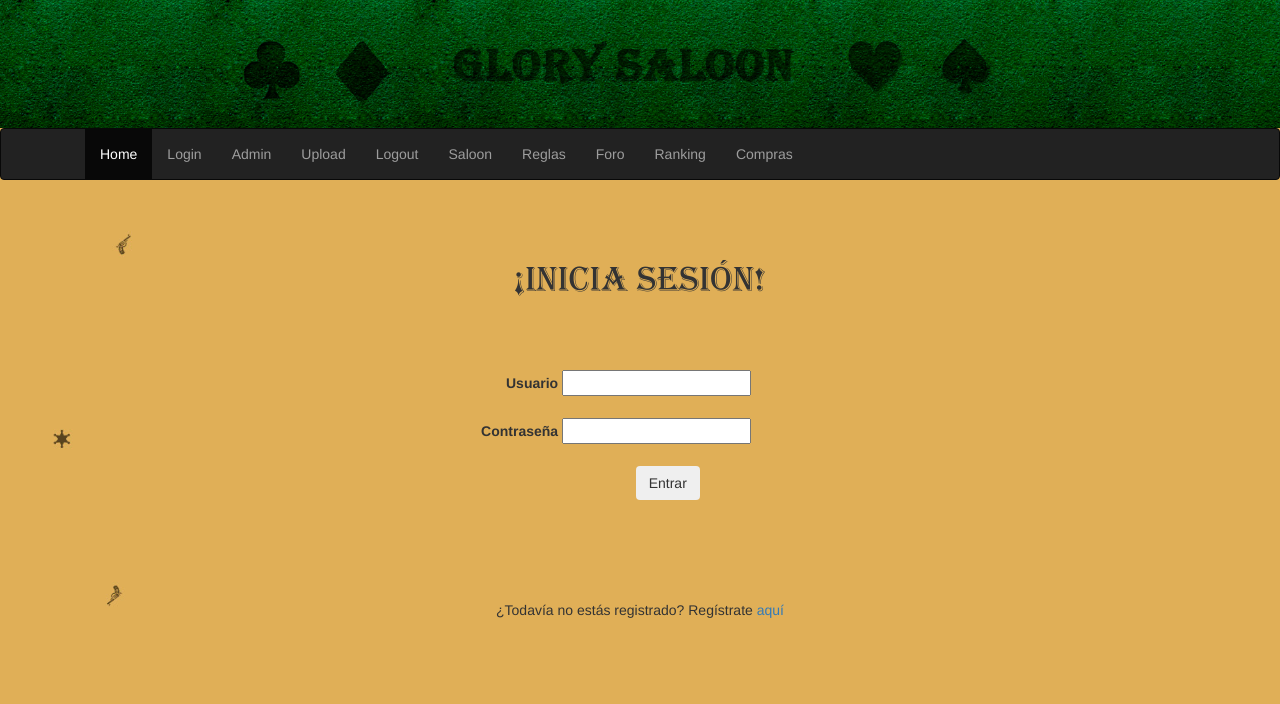
Repository: abvg9/GlorySaloon
Page: http://localhost/iw-base/WEB-INF/jsp/login.jsp
The author's editor kept a copy of each file at every save. The page is drawn from the files as they stood at one save, then again after the next save.
The browser window is 1280 px wide. The pictures show the whole page.
The page is served by Tomcat 9. Nobody is signed in. Other server files are loaded and not shown. The template is opened directly, without the code that normally fills it, so the values that code supplies are empty.

Above is the page before, as saved 2018-04-11 17:52:53.

### iw-base/src/main/webapp/WEB-INF/jsp/login.jsp
<%@ page pageEncoding="UTF-8"%>
<%@ taglib prefix="s" uri="http://www.springframework.org/tags"%>
<%@ taglib prefix="c" uri="http://java.sun.com/jsp/jstl/core"%>
<%@ taglib prefix="sec"
	uri="http://www.springframework.org/security/tags"%>

<%@ include file="../jspf/header.jspf"%>

<div class="starter-template">
	<h1>¡Inicia sesión!</h1>
	<br><br><br>
    <form action="/login" method="post">
        <fieldset>
           <!-- <legend>Please Login</legend> -->
           <div class = "rightAl">
            <label for="username">Usuario</label>
            <input type="text" id="username" name="username"/><br><br>
            <label for="password">Contraseña</label>
            <input type="password" id="password" name="password"/>
            </div>
            <input type="hidden" name="${_csrf.parameterName}" value="${_csrf.token}"/>
            <br>
            <div class="form-actions">
                <button type="submit" class="btn rightAlBtn">Entrar</button>
            </div>
        </fieldset>
    </form>

	<%@ include file="../jspf/authinfo.jspf"%>
</div>

<%@ include file="../jspf/footer.jspf"%>

### iw-base/src/main/webapp/WEB-INF/jspf/header.jspf
<%@ page pageEncoding="UTF-8"%>
<%@ taglib prefix="s" uri="http://www.springframework.org/tags"%>
<%@ taglib prefix="c" uri="http://java.sun.com/jsp/jstl/core"%>
<!DOCTYPE html>
<html lang="en">
  <head>
    <meta charset="utf-8">
    <meta http-equiv="X-UA-Compatible" content="IE=edge">
    <meta name="viewport" content="width=device-width, initial-scale=1">
    <!-- The above 3 meta tags *must* come first in the head; any other head content must come *after* these tags -->
    <title>Aplicacion Web IW</title>

    <!-- Bootstrap -->
    <link href="${s}/css/bootstrap.min.css" rel="stylesheet">
    <link href="${s}/css/starter-template.css" rel="stylesheet">
    <link href="${s}/css/myOwnTheme.css" rel="stylesheet">
  </head>
  <body>
	<img class="img-responsive" src="${s}/img/headerExtenso.jpg">

	<nav class="navbar navbar-inverse navbar-relative-top">


      <div class="container">
        <div class="navbar-header">
          <button type="button" class="navbar-toggle collapsed" data-toggle="collapse" data-target="#navbar" aria-expanded="false" aria-controls="navbar">
            <span class="sr-only">Toggle navigation</span>
            <span class="icon-bar"></span>
            <span class="icon-bar"></span>
            <span class="icon-bar"></span>
          </button>
        </div>
        <div id="navbar" class="collapse navbar-collapse">
          <ul class="nav navbar-nav">
            <li class="active"><a href="/">Home</a></li>
            <li><a href="/login">Login</a></li>
            <li><a href="/admin">Admin</a></li>
            <li><a href="/upload">Upload</a></li>
            <li><a href="/logout">Logout</a></li>
		    <li><a href="/saloon">Saloon</a></li>
		    <li><a href="/reglas">Reglas</a></li>
		    <li><a href="/foro">Foro</a></li>
		    <li><a href="/ranking">Ranking</a></li>
		    <li><a href="/compras">Compras</a></li>
          </ul>
        </div><!--/.nav-collapse -->
      </div>
    </nav>

    <div class="container">

### iw-base/src/main/webapp/WEB-INF/jspf/authinfo.jspf
<%@ page pageEncoding="UTF-8"%>
<%@ taglib prefix="sec"
	uri="http://www.springframework.org/security/tags"%>

<br><br><br><br><br>
<sec:authorize access="isAnonymous()">
<div>
	¿Todavía no estás registrado? Regístrate <a>aquí</a>
</div>
</sec:authorize>
<sec:authorize access="isAuthenticated()">
<div >
	<p>Tu usuario es : <sec:authentication property="principal.username" />
	<p>Roles detectados:
	<sec:authorize access="hasRole('USER')">
		hasRole('USER')
	</sec:authorize>
	<sec:authorize access="hasRole('ADMIN')">
		hasRole('ADMIN')
	</sec:authorize>
</div>
</sec:authorize>

### iw-base/src/main/webapp/WEB-INF/jspf/footer.jspf
<%@ page pageEncoding="UTF-8"%>
</div><!-- /.container -->

    <!-- jQuery (necessary for Bootstrap's JavaScript plugins) -->
    <script src="${s}/js/jquery.min.js"></script>
    <!-- Include all compiled plugins (below), or include individual files as needed -->
    <script src="${s}/js/bootstrap.min.js"></script>
  </body>
</html>

### iw-base/src/main/resources/static/css/starter-template.css
body {
  padding-top: 0px;
}
.starter-template {
  padding: 40px 15px;
  text-align: center;
}
table td, table th {
  padding: 2px;
  spacing: 0;
  border: 1px solid gray;
}

### iw-base/src/main/resources/static/css/myOwnTheme.css
@font-face {

	font-family: ‘Algerian’;

		src: url('../fonts/ALGER.eot');

	   	src: url('../fonts/ALGER.eot?#iefix') format('embedded-opentype'),

	        url('../fonts/ALGER.woff') format('woff'),

	        url('../fonts/ALGER.ttf') format('truetype'),


	  font-weight: normal;

	  font-style: normal;

}
body {
    background-image: url("../img/fondoWebLargo.jpg");
    background-repeat: repeat-y;
    background-size: cover;
}

p {

	Font-family: ‘Algerian’;

}
h1 {

	Font-family: ‘Algerian’;

}

.rightAl{
	text-align: right;
	margin-right: 40%;

}
.rightAlBtn{
	text-align: right;
	margin-right: -5%;

}

Loaded but not shown: iw-base/src/main/resources/static/css/bootstrap.min.css (library); iw-base/src/main/resources/static/js/jquery.min.js (library); iw-base/src/main/resources/static/js/bootstrap.min.js (library)

After the next save:
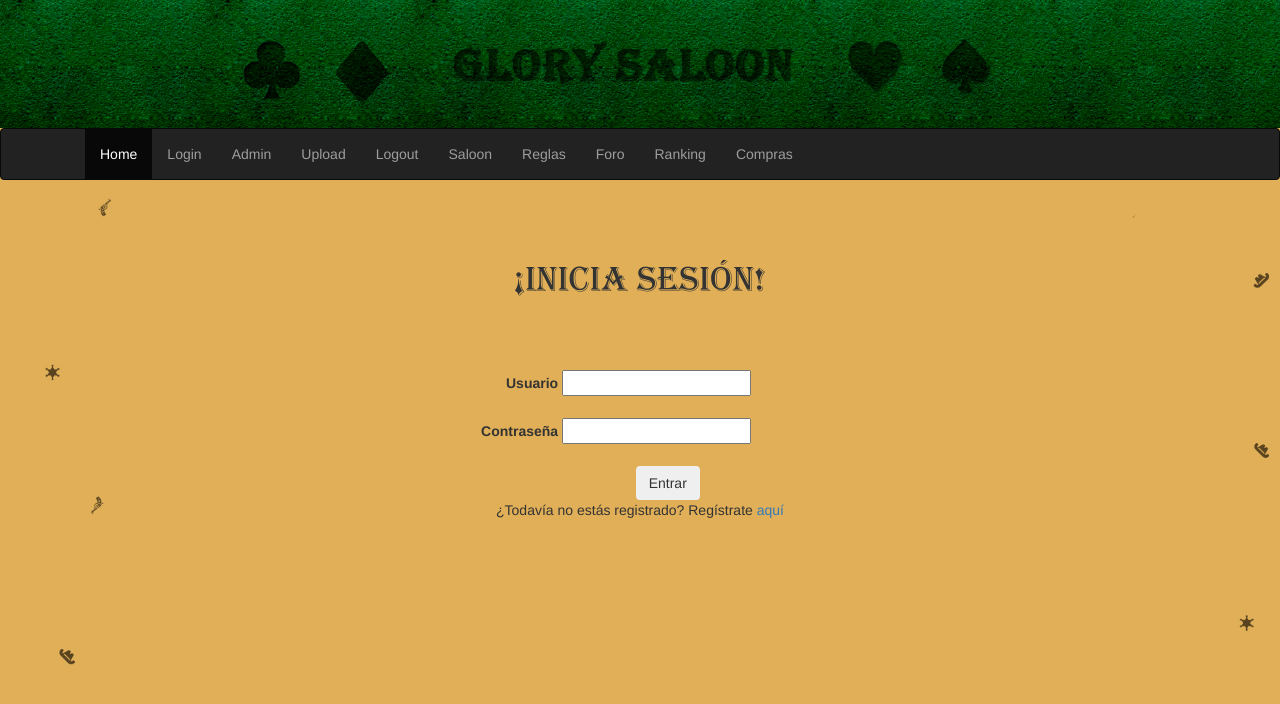
Saved 2 min 53 s later.
--- a/iw-base/src/main/webapp/WEB-INF/jsp/login.jsp
+++ b/iw-base/src/main/webapp/WEB-INF/jsp/login.jsp
@@ -26,7 +26,9 @@
         </fieldset>
     </form>
 
-	<%@ include file="../jspf/authinfo.jspf"%>
+	<div>
+	¿Todavía no estás registrado? Regístrate <a>aquí</a>
+	</div>
 </div>
 
 <%@ include file="../jspf/footer.jspf"%>

After the save that followed:
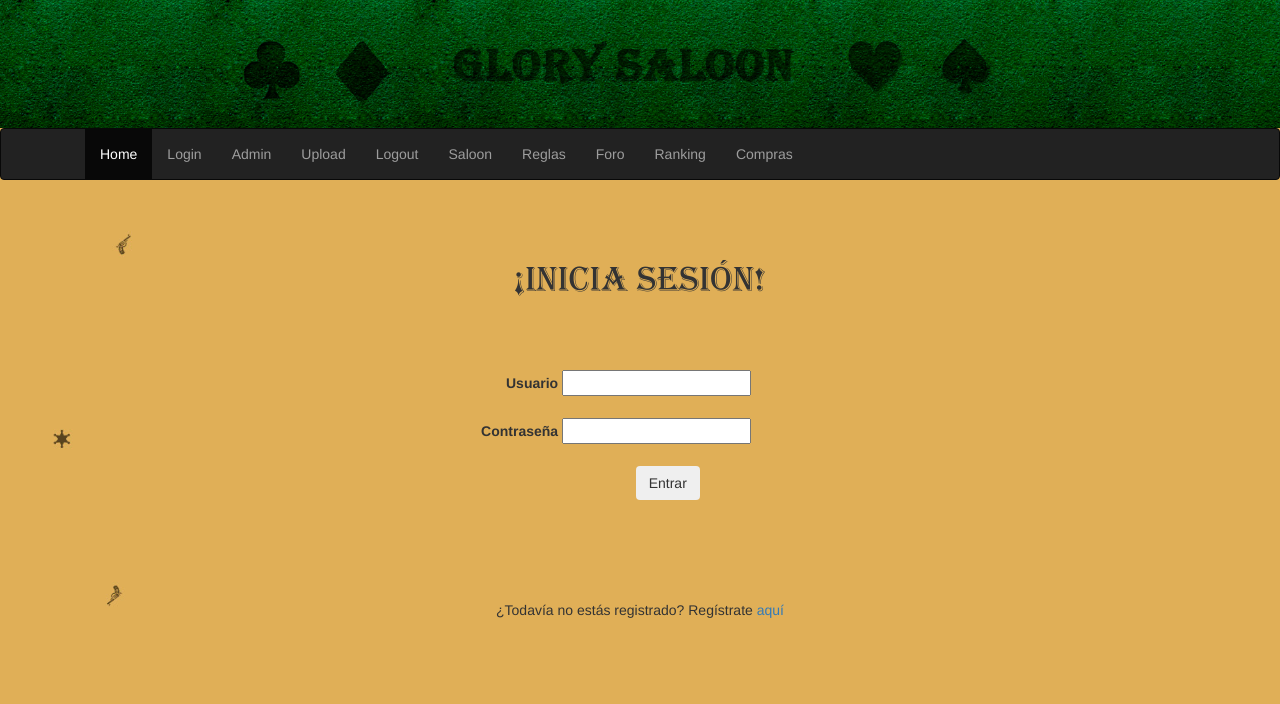
Saved 64 s later.
--- a/iw-base/src/main/webapp/WEB-INF/jsp/login.jsp
+++ b/iw-base/src/main/webapp/WEB-INF/jsp/login.jsp
@@ -25,7 +25,7 @@
             </div>
         </fieldset>
     </form>
-
+	<br><br><br><br><br>
 	<div>
 	¿Todavía no estás registrado? Regístrate <a>aquí</a>
 	</div>
